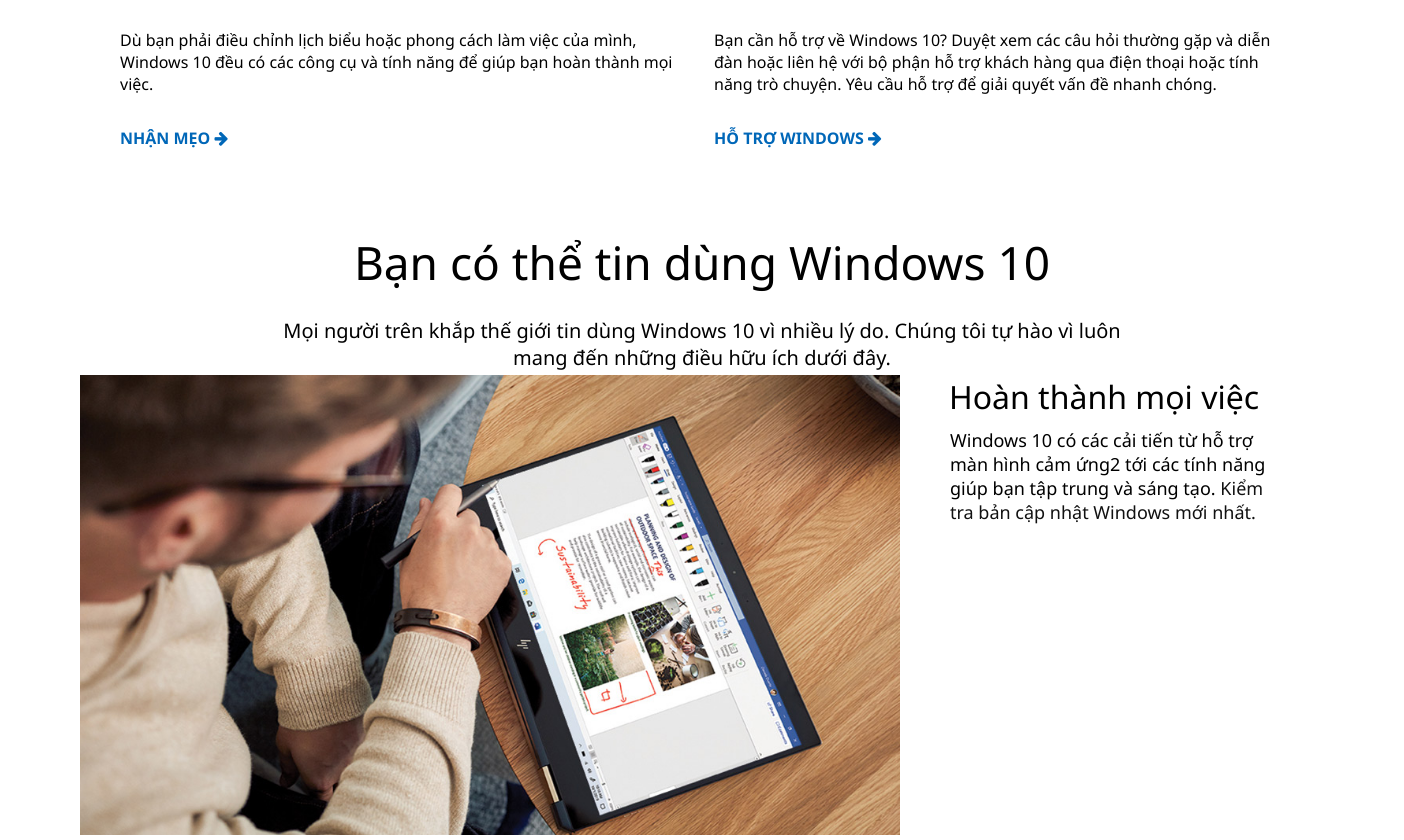
Repository: hoangphuong965/clone-Microsoft---practice
Page: index.html
An editor plug-in stored every save of this project. The page is shown before and after a run of saves, followed by the edit.
The browser window is 1280 px wide. The page is 1404 px wide, so the pictures cover 1404 px, including what lies to the right of the window. The pictures show the part of the page from y = 1235 to 2075 px (the page is 2075 px tall).

Above is the page before, as saved 2020-06-10 21:06:02.

After the next 6 saves:
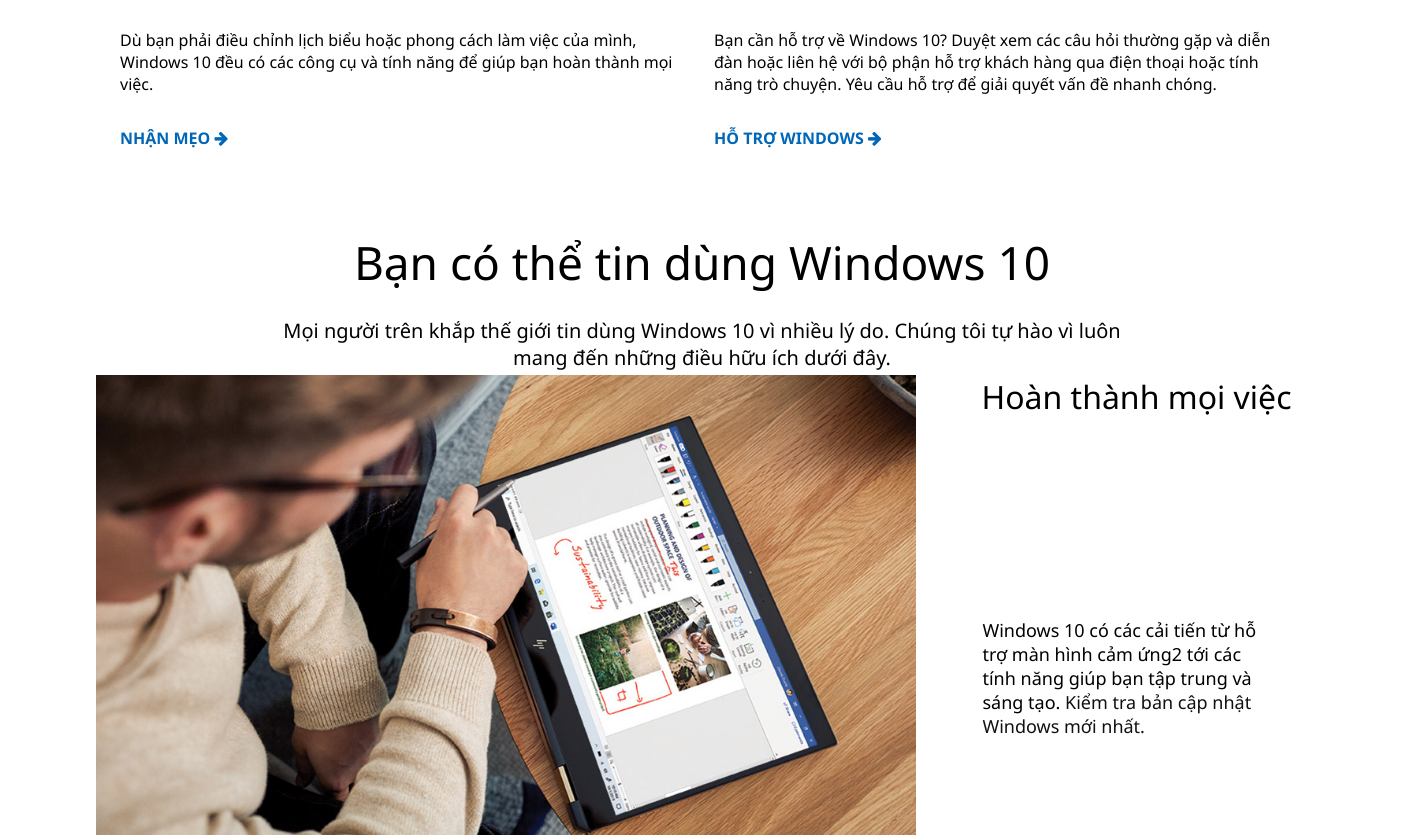
The 6 saves are shown as one change because they came seconds apart.
The last was saved 16 s later.
--- a/style.css
+++ b/style.css
@@ -167,4 +167,6 @@
   font-size: 18px;
   line-height: 24px;
   font-weight: 200;
+  position: absolute;
+  top: 50%;
 }

After the save that followed:
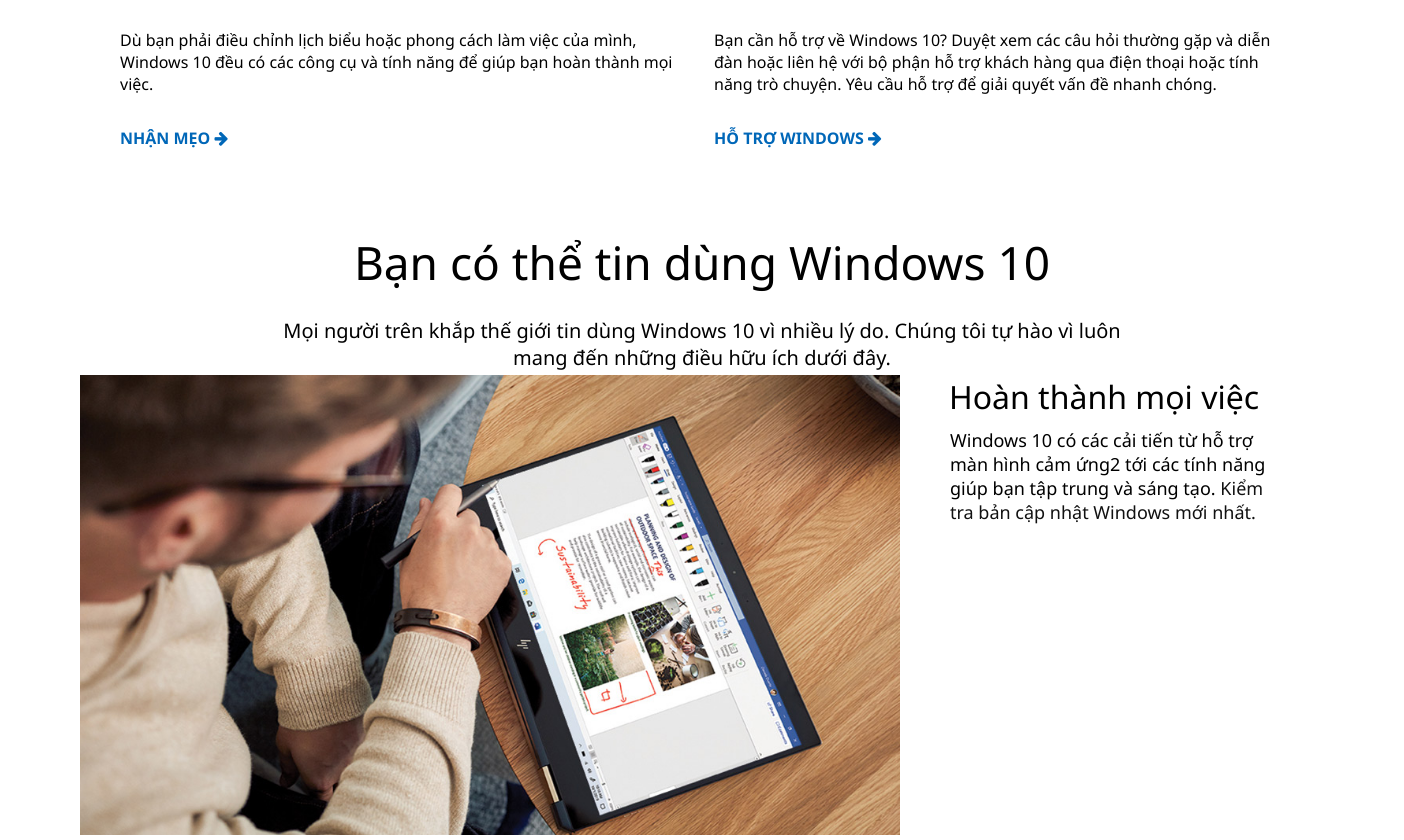
Saved 15 s later.
--- a/style.css
+++ b/style.css
@@ -167,6 +167,5 @@
   font-size: 18px;
   line-height: 24px;
   font-weight: 200;
-  position: absolute;
-  top: 50%;
+
 }
